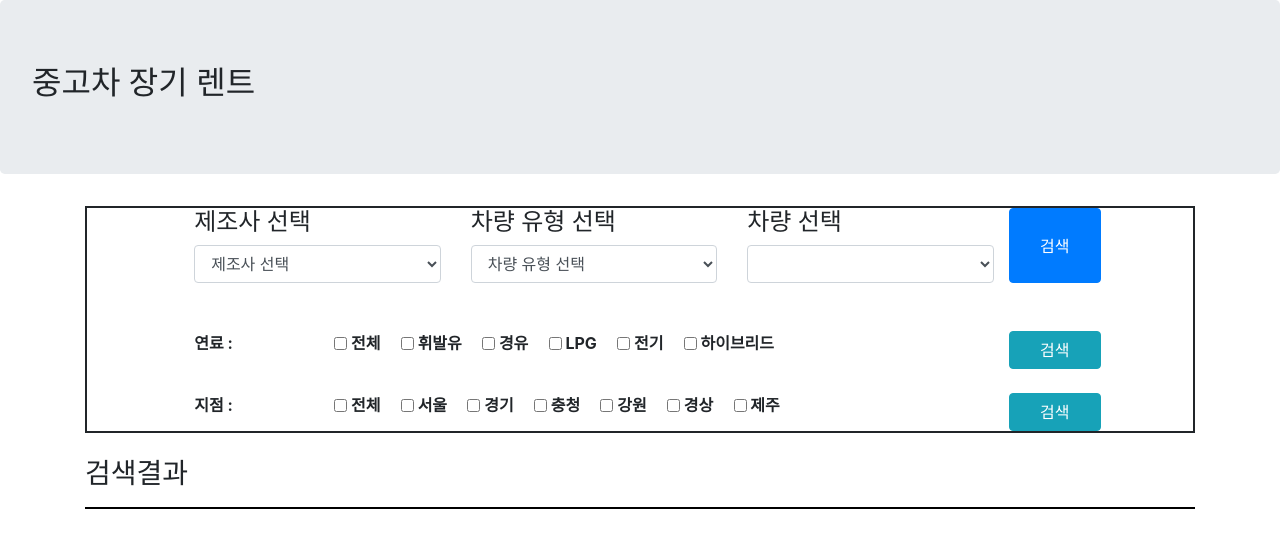
Repository: hyebinkim00/Project
Page: http://localhost/jsp/long_lent_oldcar/searchList.jsp
An editor plug-in stored every save of this project. The page is shown before and after the next save, followed by the edit.
The browser window is 1280 px wide. The pictures show the whole page.
The page is served by Tomcat 9. Other server files are loaded and not shown. Queries for data that is not in the repository find no rows.

Above is the page before, as saved 2020-09-23 07:43:01.

### jsp/WebContent/long_lent_oldcar/searchList.jsp
<%@page import="java.net.URLEncoder"%>
<%@ page language="java" contentType="text/html; charset=UTF-8"
    pageEncoding="UTF-8"%>
<%@taglib prefix="c" uri="http://java.sun.com/jsp/jstl/core" %>
<%@taglib prefix="sql" uri="http://java.sun.com/jsp/jstl/sql"  %>

<%
request.setCharacterEncoding("utf-8");
String facname1 =request.getParameter("sellist1");
String cartype1 =request.getParameter("sellist2");
String carnum1 =request.getParameter("sellist3");

String checkBoxes1[] =request.getParameterValues("example1");
String chekcBoxex2[] =request.getParameterValues("example2");
%>
<!DOCTYPE html>
<html>
<head>
<meta charset="UTF-8">
  <meta name="viewport" content="width=device-width, initial-scale=1">
  <script src="https://ajax.googleapis.com/ajax/libs/jquery/3.5.1/jquery.min.js"></script>

  <script src="https://cdnjs.cloudflare.com/ajax/libs/popper.js/1.16.0/umd/popper.min.js"></script>
  <script src="https://maxcdn.bootstrapcdn.com/bootstrap/4.5.2/js/bootstrap.min.js"></script>
  <link rel="stylesheet" href="../resources/css/bootstrap.min.css" />

<title>중고차 장기 검색</title>

<script>
function subtest(){
let a=documenet.getElementById("sellist2").value;
alert(a);
}
</script>

<script>
$(document).ready(function(){
	$("input:checkbox[name=example1]").on("click",function(){
		if(($('#sellist1').val()!='제조사 선택') && ($('#sellist2').val()=='차량 유형 선택')){
			alert('차량 유형을 선택하세요!');
			$("input:checkbox[name=example1]").prop("checked", false);
			$('#sellist2').focus();
			$('#tess1').prop("disabled",true);
		}
		else{$('#tess1').prop("disabled",false);}
		let cont=$("input:checkbox[name=example1]:checked").length;
		alert(cont);
		let cont5=$("input:checkbox[name=example1]:checked").val();
		if(cont5=='전체'){$("input:checkbox[name=example1]").not(this).prop("disabled", "disabled");
		$("input:checkbox[name=example1]").not(this).prop("checked", false);

		}else {
	            $("input[name=example1]:checkbox").prop("disabled",false);
	        }
		if(cont>2){
			$(this).prop("checked", false);
			alert("2개이상 선택 불가능 ");
		}

	});

});
</script>

<script>
$(document).ready(function(){
	$("input:checkbox[name=example2]").on("click",function(){
		if(($('#sellist1').val()!='제조사 선택') && ($('#sellist2').val()=='차량 유형 선택')){
			alert('차량 유형을 선택하세요!');
			$("input:checkbox[name=example2]").prop("checked", false);
			$('#sellist2').focus();
			$('#tess2').prop("disabled",true);
		}
		else{$('#tess1').prop("disabled",false);}
		let cont=$("input:checkbox[name=example2]:checked").length;
		alert(cont);
		let cont5=$("input:checkbox[name=example2]:checked").val();
		if(cont5=='전체'){$("input:checkbox[name=example2]").not(this).prop("disabled", "disabled");
		$("input:checkbox[name=example2]").not(this).prop("checked", false);

		}else {
	            $("input[name=example2]:checkbox").prop("disabled",false);
	        }



		if(cont>2){
			$(this).prop("checked", false);
			alert("2개이상 선택 불가능 ");
		}

	});

});
</script>
</head>
<body>
<script>
function goDate1(){
	let form= document.userinput;
	document.getElementById("sellist2").value=null;
	form.submit();

}
</script>

<script>
function goDate2(){
	let form= document.userinput;
	document.getElementById("sellist3").value=null;
	form.submit();

}
</script>



<script>
function optest(){
	if((($('#sellist1').val()!='제조사 선택')) && (($('#sellist2').val()=='차량 유형 선택')) && ($("input:checkbox[name=example1]:checked").length!=0) ){
		alert('차량 유형을 먼저 선택하세요');
	$("input:checkbox[name=example1]").prop("checked", false);
	}

}</script>



<div class="jumbotron">
<h2>중고차 장기 렌트</h2>
  </div>



  <div class="container">

  <div class="container" style="border:solid 2px;">

 <form method="post" action="#" name="userinput" >
    <div class="row" >
     <span class="col-sm-1">&nbsp;</span>
     <div class="col-sm-3">
     <sql:setDataSource var="dataSource"
			url="jdbc:oracle:thin:@localhost:1521:XE"
			driver="oracle.jdbc.driver.OracleDriver"
			user="hr" password="hr"/>

			<sql:query var="resultSet" dataSource="${dataSource}">
			select distinct facname from member
			</sql:query>
		 <h4>제조사 선택</h4>
       <select  class="form-control" id="sellist1" name="sellist1" onchange="goDate1()" >
        <option>제조사 선택 </option>
        <c:forEach var="row" items="${resultSet.rows}">
        	<option value="<c:out value="${row.facname}"/>" <c:if test="${param.sellist1==row.facname}">selected</c:if>><c:out value="${row.facname}"/></option>
        </c:forEach>
      </select>
      </div>

      <sql:query var="resultSet" dataSource="${dataSource}">
			select distinct cartype from member where facname=?
			 <sql:param value="${param.sellist1}"/>
			</sql:query>

      <div class="col-sm-3">
     <h4>차량 유형 선택</h4>
      <select class="form-control" id="sellist2" name="sellist2" onchange="goDate2()"  >
        <option>차량 유형 선택</option>
        <option value="all" <c:if test="${param.sellist2=='all'}">selected</c:if>>전체</option>
       <c:forEach var="row" items="${resultSet.rows}">
				<option value="<c:out value="${row.cartype}"/>" <c:if test="${param.sellist2==row.cartype}">selected</c:if>><c:out value="${row.cartype}"/></option>
				</c:forEach>
      </select>
      </div>

      <div class="col-sm-3">
    <sql:query var="resultSet" dataSource="${dataSource}">
			select distinct carnum from member where facname=? and cartype=? order by carnum
			 <sql:param value="${param.sellist1}"/>
			 <sql:param value="${param.sellist2}"/>
			</sql:query>

			  <c:if test="${param.sellist2=='all'}">
      <sql:query var="resultSet" dataSource="${dataSource}">
       select distinct carnum from member where facname=? order by carnum
      <sql:param value="${param.sellist1}"/>
      </sql:query>
      </c:if>
      <h4>차량 선택</h4>
      <select class="form-control" id="sellist3" name="sellist3" >
        <option disabled>차량 선택 </option>
       <c:forEach var="row" items="${resultSet.rows}">
				<option value="<c:out value="${row.carnum}"/>" <c:if test="${param.sellist3==row.carnum}">selected</c:if>><c:out value="${row.carnum}"/></option>
				</c:forEach>
      </select>
      </div>

 <input id="tess" type="submit" class="btn btn-primary col-sm-1" value="검색" onclick="optest()">


    </div>


  <br><br>


     <div class="row">
     <span class="col-sm-1"> &nbsp;&nbsp;&nbsp;</span>
    <span class="col-sm-1"><strong>연료 :</strong></span>

     <div class="col-sm-8">
      <span class="col-sm-1">&nbsp;&nbsp;&nbsp;</span>
     <c:if test="${not empty paramValues.example1 }">

     <c:set var="ff" value="${paramValues.example1[0]}"/>
     <c:set var="ff1" value="${paramValues.example1[1]}"/>
      </c:if>
    <div class="form-check-inline">
       <input <c:if test="${ff=='전체' or ff1=='전체'}">checked</c:if>  type="checkbox" value="전체" name="example1"><strong>&nbsp;전체&nbsp;</strong>
    </div>
    <div class="form-check-inline">
      <input <c:if test="${ff=='휘발유' or ff1=='휘발유'}">checked</c:if>   type="checkbox" value="휘발유" name="example1"><strong>&nbsp;휘발유&nbsp;</strong>
    </div>
     <div class="form-check-inline">
      <input <c:if test="${ff=='경유' or ff1=='경유'}">checked</c:if>    type="checkbox" value="경유" name="example1"><strong>&nbsp;경유&nbsp;</strong>
    </div>
     <div class="form-check-inline">
      <input <c:if test="${ff=='LPG' or ff1=='LPG'}">checked</c:if>   type="checkbox" value="LPG" name="example1"><strong>&nbsp;LPG&nbsp;</strong>
    </div>
    <div class="form-check-inline">
      <input  <c:if test="${ff=='전기' or ff1=='전기'}">checked</c:if>    type="checkbox" value="전기" name="example1"><strong>&nbsp;전기&nbsp;</strong>
    </div>
    <div class="form-check-inline">
      <input <c:if test="${ff=='하이브리드' or ff1=='하이브리드'}">checked</c:if>   type="checkbox" value="하이브리드" name="example1"><strong>&nbsp;하이브리드&nbsp;</strong>
    </div>
    <c:remove var="ff"/>
    <c:remove var="ff1"/>
    </div>



   <input id="tess1" type="submit" value="검색" class= "btn btn-info col-sm-1" onclick="optest()">
  </div>





  <br>


     <div class="row">
     <span class="col-sm-1">&nbsp;&nbsp;&nbsp;</span>
    <span class="col-sm-1"><strong>지점 :</strong></span>

    <div class="col-sm-8">
     <span class="col-sm-1">&nbsp;&nbsp;&nbsp;</span>
       <c:if test="${not empty paramValues.example2 }">

     <c:set var="dd" value="${paramValues.example2[0]}"/>
     <c:set var="dd1" value="${paramValues.example2[1]}"/>
      </c:if>
    <div class="form-check-inline">
       <input <c:if test="${dd=='전체' or dd1=='전체'}">checked</c:if> type="checkbox" value="전체" name="example2"><strong>&nbsp;전체&nbsp;</strong>
    </div>

    <div class="form-check-inline">
      <input  <c:if test="${dd=='서울' or dd1=='서울'}">checked</c:if> type="checkbox" value="서울" name="example2"><strong>&nbsp;서울&nbsp;</strong>
    </div>

     <div class="form-check-inline">
      <input  <c:if test="${dd=='경기' or dd1=='경기'}">checked</c:if> type="checkbox" value="경기" name="example2"><strong>&nbsp;경기&nbsp;</strong>
    </div>

     <div class="form-check-inline">
      <input  <c:if test="${dd=='충청' or dd1=='충청'}">checked</c:if> type="checkbox" value="충청" name="example2"><strong>&nbsp;충청&nbsp;</strong>
    </div>

    <div class="form-check-inline">
      <input <c:if test="${dd=='강원' or dd1=='강원'}">checked</c:if> type="checkbox" value="강원" name="example2"><strong>&nbsp;강원&nbsp;</strong>
    </div>

    <div class="form-check-inline">
      <input <c:if test="${dd=='경상' or dd1=='경상'}">checked</c:if> type="checkbox" value="경상" name="example2"><strong>&nbsp;경상&nbsp;</strong>
    </div>

    <div class="form-check-inline">
      <input <c:if test="${dd=='제주' or dd1=='제주'}">checked</c:if> type="checkbox" value="제주" name="example2"><strong>&nbsp;제주&nbsp;</strong>
    </div>
     <c:remove var="dd"/>
    <c:remove var="dd1"/>
    </div>
    <input id="tess2" type="submit" value="검색" class="btn btn-info col-sm-1" onclick="optest()">
  </div>
    </form>


  </div>
</div>



<div class="container">
<br>
<h3>검색결과</h3>
<hr style="border: solid 1px black " />

<div class="row" >

<sql:setDataSource var="dataSource"
			url="jdbc:oracle:thin:@localhost:1521:XE"
			driver="oracle.jdbc.driver.OracleDriver"
			user="hr" password="hr"/>



<c:choose>
<c:when test="${param.sellist1==null or param.sellist2==null or param.sellist3==null}">
<sql:query var="resultSet" dataSource="${dataSource}">
			select * from member
			</sql:query>

<c:if test="${not empty paramValues.example1 and empty paramValues.example2}">
 	<c:set var="ff" value="${paramValues.example1[0]}"/>
    <c:set var="ff1" value="${paramValues.example1[1]}"/>

<sql:query var="resultSet" dataSource="${dataSource}">
select * from member where fuel=? or fuel=?
 <sql:param value="${ff}"/>
 <sql:param value="${ff1}"/>

</sql:query>

 <c:if test="${ff=='전체'}">
		<sql:query var="resultSet" dataSource="${dataSource}">
			select * from member
			</sql:query>
  </c:if>

</c:if>

  <c:if test="${empty paramValues.example1 and  not empty paramValues.example2 }">

 <c:set var="dd" value="${paramValues.example2[0]}"/>
     <c:set var="dd1" value="${paramValues.example2[1]}"/>
<sql:query var="resultSet" dataSource="${dataSource}">
select * from member where lentoffice=? or lentoffice=?

 <sql:param value="${dd}"/>
 <sql:param value="${dd1}"/>

</sql:query>

 <c:if test="${dd=='전체'}">
		<sql:query var="resultSet" dataSource="${dataSource}">
			select * from member
			</sql:query>
  </c:if>

</c:if>

  <c:if test="${not empty paramValues.example1 and not empty paramValues.example2}">
 <c:set var="ff" value="${paramValues.example1[0]}"/>
     <c:set var="ff1" value="${paramValues.example1[1]}"/>
      <c:set var="dd" value="${paramValues.example2[0]}"/>
     <c:set var="dd1" value="${paramValues.example2[1]}"/>

<sql:query var="resultSet" dataSource="${dataSource}">
select * from (select * from member where fuel=? or fuel=?) where lentoffice=? or lentoffice=?


 <sql:param value="${ff}"/>
 <sql:param value="${ff1}"/>
  <sql:param value="${dd}"/>
 <sql:param value="${dd1}"/>
</sql:query>


 <c:if test="${ff=='전체' and dd=='전체'}">
		<sql:query var="resultSet" dataSource="${dataSource}">
			select * from member
			</sql:query>
  </c:if>

  <c:if test="${ff=='전체' and dd!='전체'}">
		<sql:query var="resultSet" dataSource="${dataSource}">
			select * from member where lentoffice=? or lentoffice=?
			  <sql:param value="${dd}"/>
 			<sql:param value="${dd1}"/>
			</sql:query>
  </c:if>
    <c:if test="${ff!='전체' and dd=='전체'}">
		<sql:query var="resultSet" dataSource="${dataSource}">
			select * from member where fuel=? or fuel=?
			<sql:param value="${ff}"/>
 			<sql:param value="${ff1}"/>
			</sql:query>
  </c:if>


</c:if>
</c:when>

	<c:when test="${empty paramValues.example1 and not empty param.sellist3 and not empty paramValues.example2}">

	<sql:query var="resultSet" dataSource="${dataSource}">
	<c:set var="dd" value="${paramValues.example2[0]}"/>
     <c:set var="dd1" value="${paramValues.example2[1]}"/>
	select * from member where facname=? and cartype=? and carnum=? and lentoffice=? or lentoffice=?
	<sql:param value="${param.sellist1}"></sql:param>
	<sql:param value="${param.sellist2}"></sql:param>
	<sql:param value="${param.sellist3}"></sql:param>
	 <sql:param value="${dd}"/>
	  <sql:param value="${dd1}"/>
	</sql:query>


	<c:if test="${param.sellist2=='all' and dd!='전체'}">
	<sql:query var="resultSet" dataSource="${dataSource}">
	select * from member where facname=? and carnum=? and lentoffice=? or lentoffice=?
	<sql:param value="${param.sellist1}"></sql:param>
	<sql:param value="${param.sellist3}"></sql:param>
	<sql:param value="${dd}"/>
	  <sql:param value="${dd1}"/>
	</sql:query>
	</c:if>

	 <c:if test="${param.sellist2!='all' and  dd=='전체'}">
		<sql:query var="resultSet" dataSource="${dataSource}">
		select * from member where facname=? and cartype=? and carnum=?
	<sql:param value="${param.sellist1}"></sql:param>
	<sql:param value="${param.sellist2}"></sql:param>
	<sql:param value="${param.sellist3}"></sql:param>
			</sql:query>
  </c:if>

  <c:if test="${param.sellist2=='all' and dd=='전체'}">
	<sql:query var="resultSet" dataSource="${dataSource}">
	select * from member where facname=? and carnum=?
	<sql:param value="${param.sellist1}"></sql:param>
	<sql:param value="${param.sellist3}"></sql:param>

	</sql:query>
	</c:if>

</c:when>

	<c:when test="${empty paramValues.example1 and not empty param.sellist3 and empty paramValues.example2}">

	<sql:query var="resultSet" dataSource="${dataSource}">

	select * from member where facname=? and cartype=? and carnum=?
	<sql:param value="${param.sellist1}"></sql:param>
	<sql:param value="${param.sellist2}"></sql:param>
	<sql:param value="${param.sellist3}"></sql:param>

	</sql:query>


	<c:if test="${param.sellist2=='all'}">
	<sql:query var="resultSet" dataSource="${dataSource}">
	select * from member where facname=? and carnum=?
	<sql:param value="${param.sellist1}"></sql:param>
	<sql:param value="${param.sellist3}"></sql:param>
	</sql:query>
	</c:if>
</c:when>

<c:when test="${not empty paramValues.example1 and not empty param.sellist3 and  empty paramValues.example2}">

	<sql:query var="resultSet" dataSource="${dataSource}">
	<c:set var="ff" value="${paramValues.example1[0]}"/>
     <c:set var="ff1" value="${paramValues.example1[1]}"/>

select * from (select * from member where facname=? and cartype=? and carnum=?) where  fuel=? or fuel=?
	<sql:param value="${param.sellist1}"></sql:param>
	<sql:param value="${param.sellist2}"></sql:param>
	<sql:param value="${param.sellist3}"></sql:param>
	 <sql:param value="${ff}"/>
	  <sql:param value="${ff1}"/>
	</sql:query>


	<c:if test="${param.sellist2=='all' and ff!='전체'}">
	<sql:query var="resultSet" dataSource="${dataSource}">
	select * from (select * from member where facname=? and carnum=?) where fuel=? or fuel=?
	<sql:param value="${param.sellist1}"></sql:param>
	<sql:param value="${param.sellist3}"></sql:param>
	<sql:param value="${ff}"/>
	  <sql:param value="${ff1}"/>
	</sql:query>
	</c:if>

	 <c:if test="${param.sellist2!='all' and  ff=='전체'}">
		<sql:query var="resultSet" dataSource="${dataSource}">
		select * from member where facname=? and cartype=? and carnum=?
	<sql:param value="${param.sellist1}"></sql:param>
	<sql:param value="${param.sellist2}"></sql:param>
	<sql:param value="${param.sellist3}"></sql:param>
			</sql:query>
  </c:if>

  <c:if test="${param.sellist2=='all' and ff=='전체'}">
	<sql:query var="resultSet" dataSource="${dataSource}">
	select * from member where facname=? and carnum=?
	<sql:param value="${param.sellist1}"></sql:param>
	<sql:param value="${param.sellist3}"></sql:param>

	</sql:query>
	</c:if>

</c:when>


<c:when test="${not empty paramValues.example1 and not empty param.sellist3 and not empty paramValues.example2 and param.sellist2 !='all'}">
	<c:set var="ff" value="${paramValues.example1[0]}"/>
     <c:set var="ff1" value="${paramValues.example1[1]}"/>
      <c:set var="dd" value="${paramValues.example2[0]}"/>
     <c:set var="dd1" value="${paramValues.example2[1]}"/>

<sql:query var="resultSet" dataSource="${dataSource}">
select * from (select * from member where facname=? and cartype=? and carnum=?)
where fuel=? or fuel=? and  lentoffice=? or lentoffice=?

<sql:param value="${param.sellist1}"></sql:param>
<sql:param value="${param.sellist2}"></sql:param>
<sql:param value="${param.sellist3}"></sql:param>
 <sql:param value="${ff}"/>
 <sql:param value="${ff1}"/>
  <sql:param value="${dd}"/>
 <sql:param value="${dd1}"/>
</sql:query>

 <c:if test="${ff=='전체' and dd=='전체'}">
		<sql:query var="resultSet" dataSource="${dataSource}">
	select * from member where facname=? and cartype=? and carnum=?
	<sql:param value="${param.sellist1}"></sql:param>
	<sql:param value="${param.sellist2}"></sql:param>
	<sql:param value="${param.sellist3}"></sql:param>
			</sql:query>
  </c:if>

  <c:if test="${ff=='전체' and dd!='전체'}">
		<sql:query var="resultSet" dataSource="${dataSource}">
			select * from (select * from member where facname=? and cartype=? and carnum=?) where  lentoffice=? or lentoffice=?

			<sql:param value="${param.sellist1}"></sql:param>
			<sql:param value="${param.sellist2}"></sql:param>
			<sql:param value="${param.sellist3}"></sql:param>
			<sql:param value="${dd}"/>
 			<sql:param value="${dd1}"/>
			</sql:query>
  </c:if>
    <c:if test="${ff!='전체' and dd=='전체'}">
		<sql:query var="resultSet" dataSource="${dataSource}">
			select * from (select * from member where facname=? and cartype=? and carnum=?) where fuel=? or fuel=?

			<sql:param value="${param.sellist1}"></sql:param>
			<sql:param value="${param.sellist2}"></sql:param>
			<sql:param value="${param.sellist3}"></sql:param>
			<sql:param value="${ff}"/>
 			<sql:param value="${ff1}"/>
			</sql:query>
  </c:if>


</c:when>

<c:when test="${not empty paramValues.example1 and not empty param.sellist3 and not empty paramValues.example2 and param.sellist2 =='all'}">
	<c:set var="ff" value="${paramValues.example1[0]}"/>
     <c:set var="ff1" value="${paramValues.example1[1]}"/>
      <c:set var="dd" value="${paramValues.example2[0]}"/>
     <c:set var="dd1" value="${paramValues.example2[1]}"/>

<sql:query var="resultSet" dataSource="${dataSource}">
select * from (select * from member where facname=?  and carnum=?)
where fuel=? or fuel=? and  lentoffice=? or lentoffice=?

<sql:param value="${param.sellist1}"></sql:param>
<sql:param value="${param.sellist3}"></sql:param>
 <sql:param value="${ff}"/>
 <sql:param value="${ff1}"/>
  <sql:param value="${dd}"/>
 <sql:param value="${dd1}"/>
</sql:query>

 <c:if test="${ff=='전체' and dd=='전체'}">
		<sql:query var="resultSet" dataSource="${dataSource}">
	select * from member where facname=?  and carnum=?
	<sql:param value="${param.sellist1}"></sql:param>
	<sql:param value="${param.sellist3}"></sql:param>
			</sql:query>
  </c:if>

  <c:if test="${ff=='전체' and dd!='전체'}">
		<sql:query var="resultSet" dataSource="${dataSource}">
			select * from (select * from member where facname=? and carnum=?) where  lentoffice=? or lentoffice=?

			<sql:param value="${param.sellist1}"></sql:param>
			<sql:param value="${param.sellist3}"></sql:param>
			<sql:param value="${dd}"/>
 			<sql:param value="${dd1}"/>
			</sql:query>
  </c:if>
    <c:if test="${ff!='전체' and dd=='전체'}">
		<sql:query var="resultSet" dataSource="${dataSource}">
			select * from (select * from member where facname=? and carnum=?) where fuel=? or fuel=?

			<sql:param value="${param.sellist1}"></sql:param>
			<sql:param value="${param.sellist3}"></sql:param>
			<sql:param value="${ff}"/>
 			<sql:param value="${ff1}"/>
			</sql:query>
  </c:if>


</c:when>







<c:otherwise>선택 항목 없음</c:otherwise>

</c:choose>
</div>

<div class="container row">
		<c:forEach var="row" items="${resultSet.rows}">

		<c:url value="carLent.jsp" var="url"> <c:param name="carname" value="${row.id}" /></c:url>
  <div onclick="location.href='${url}'" class="card col-sm-6 " >
    <div class="row">
   <img class="card-img-top col-sm-7" src="../resources/images/${row.carname}.jpg" alt="Card image" width="150" height="150">
    <span class="col-sm-5"><br><br><br><strong> [<c:out value="${row.facname}"/>]<c:out value="${row.carname}"/></strong></span>
    </div>
    <div class="card-body">
    <div class="row">
    <div class="col-sm-6">
      <button type="button" class="btn btn-outline-dark " disabled>소비자가</button>
      <strong><c:out value="${row.carPrice }"></c:out></strong></div>
      <div class="col-sm-6">
      <button type="button" class="btn btn-outline-danger" >월 렌탈료</button>
      <strong style="color:red"><c:out value="${row.monthPrice }"></c:out>원~</strong></div>
     </div>
      <hr style="border:1px solid"></hr>
      <div class="row">
      <ul class="col-sm-6">
      <li>차량번호 <span>${row.id}</span></li>
      <li>차량유형 <span>${row.cartype}</span></li>

      </ul>
      <ul class="col-sm-6">
      <li>연료 <span>${row.fuel}</span></li>
      <li>지점 <span>${row.lentoffice }</span></li>
      </ul>
     </div>

    </div>
  </div>
</c:forEach>
 </div>
    <c:remove var="ff"/>
    <c:remove var="ff1"/>

    <c:remove var="dd"/>
    <c:remove var="dd1"/>


  </div>







</body>
</html>

Loaded but not shown: jsp/WebContent/resources/css/bootstrap.min.css (library)

After the next save:
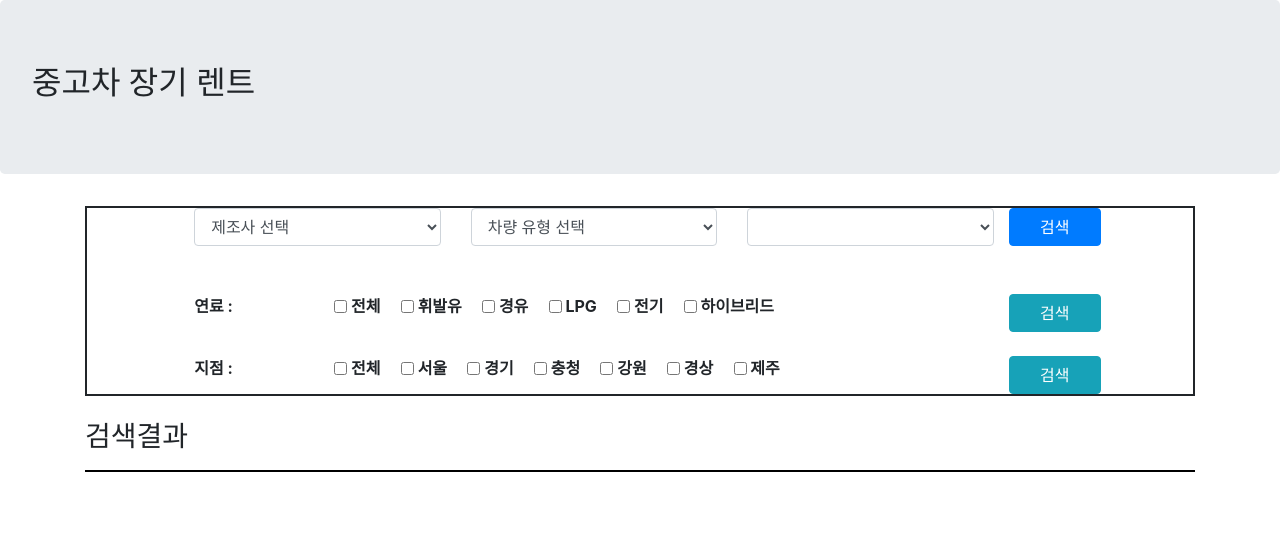
Saved 2 min 57 s later.
--- a/jsp/WebContent/long_lent_oldcar/searchList.jsp
+++ b/jsp/WebContent/long_lent_oldcar/searchList.jsp
@@ -148,7 +148,7 @@ function optest(){
 			<sql:query var="resultSet" dataSource="${dataSource}">
 			select distinct facname from member
 			</sql:query>
-		 <h4>제조사 선택</h4>
+
        <select  class="form-control" id="sellist1" name="sellist1" onchange="goDate1()" >
         <option>제조사 선택 </option>
         <c:forEach var="row" items="${resultSet.rows}">
@@ -163,7 +163,7 @@ function optest(){
 			</sql:query>
 
       <div class="col-sm-3">
-     <h4>차량 유형 선택</h4>
+
       <select class="form-control" id="sellist2" name="sellist2" onchange="goDate2()"  >
         <option>차량 유형 선택</option>
         <option value="all" <c:if test="${param.sellist2=='all'}">selected</c:if>>전체</option>
@@ -186,7 +186,7 @@ function optest(){
       <sql:param value="${param.sellist1}"/>
       </sql:query>
       </c:if>
-      <h4>차량 선택</h4>
+
       <select class="form-control" id="sellist3" name="sellist3" >
         <option disabled>차량 선택 </option>
        <c:forEach var="row" items="${resultSet.rows}">
